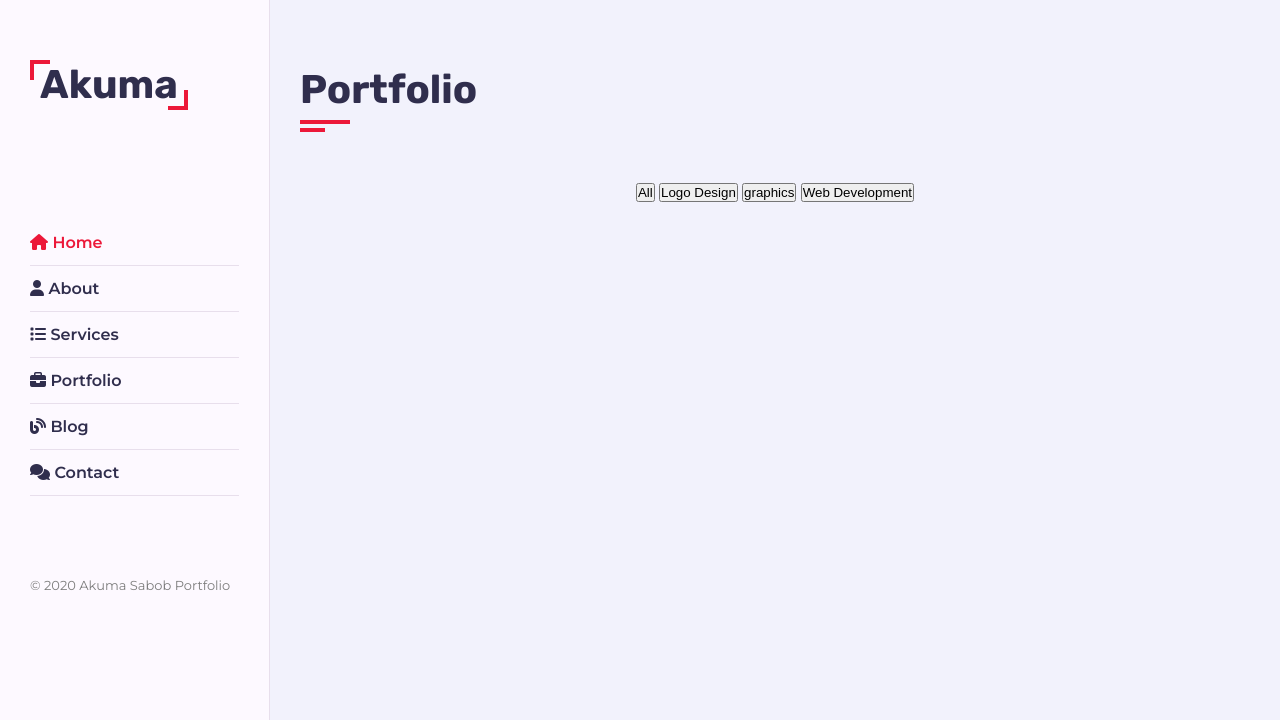
Repository: Akuma001/MY-Portfolio
Page: index.html
An editor plug-in stored every save of this project. The page is shown before and after the next save, followed by the edit.
The browser window is 1280 px wide. The pictures show the whole page.
Some web libraries are served in a nearby version.

Above is the page before, as saved 2020-12-15 22:46:13.

After the next save:
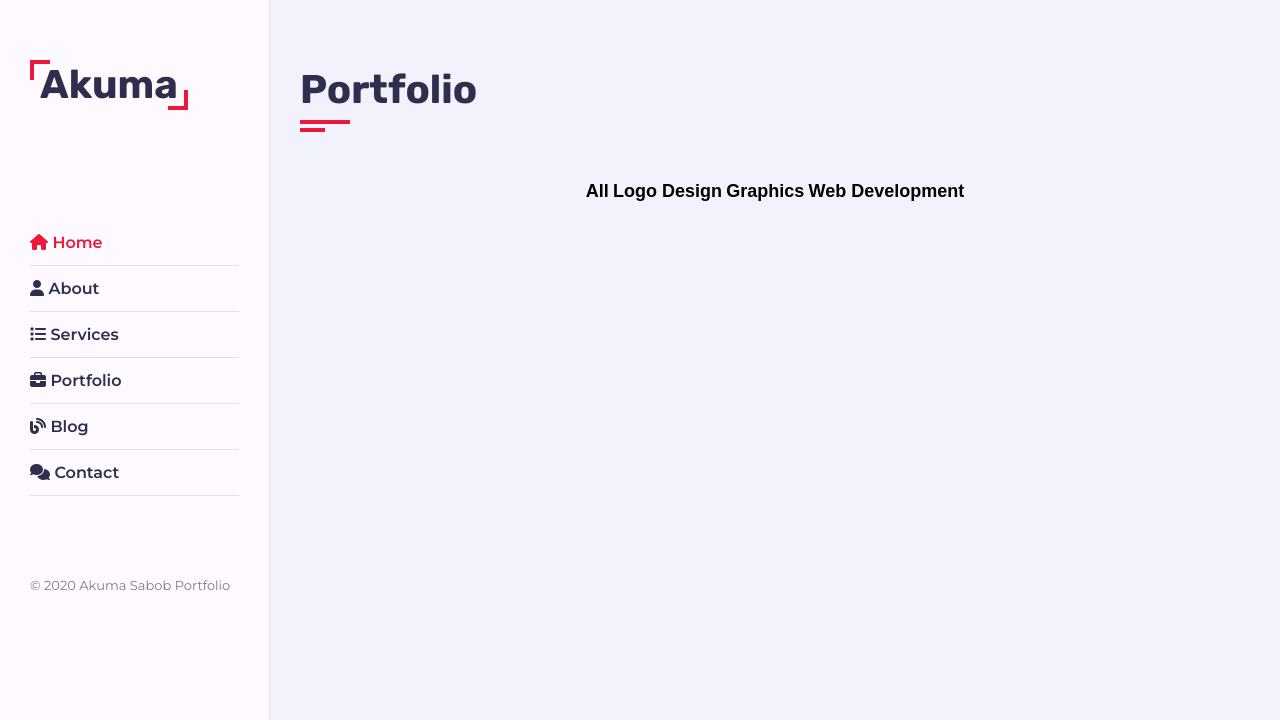
Saved 94 s later.
--- a/css/style.css
+++ b/css/style.css
@@ -552,3 +552,10 @@ body{
     max-width: 100%;
     text-align: center;
 }
+.portfolio .portfolio-filter button{
+    border: none;
+    background-color: transparent;
+    font-size: 18px;
+    font-weight: 700;
+    text-transform: capitalize;
+}
